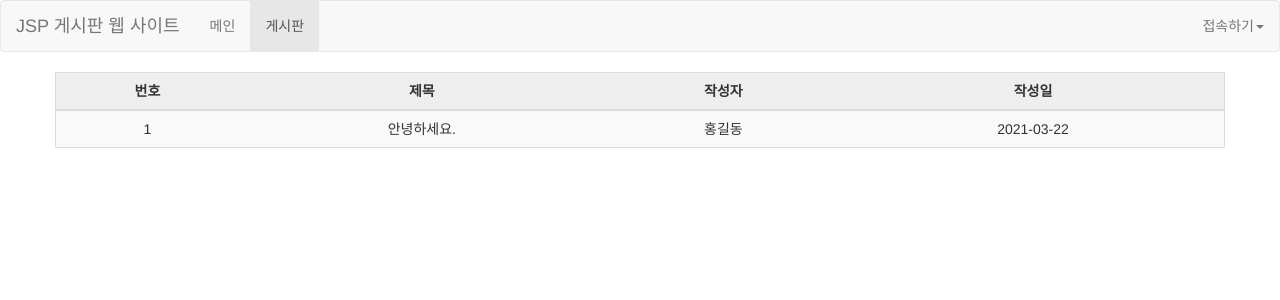
Repository: hseob04/jsp_bbs
Page: http://localhost/BBS/bbs.jsp
An editor plug-in stored every save of this project. The page is shown before and after the next save, followed by the edit.
The browser window is 1280 px wide. The pictures show the whole page.
Some web libraries are served in a nearby version. The page is served by Tomcat 9.

Above is the page before, as saved 2021-03-22 14:28:36.

After the next save:
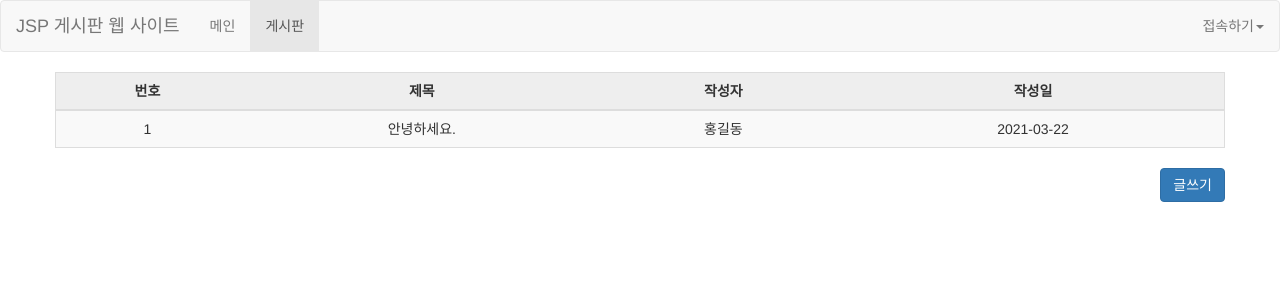
Saved 37 s later.
--- a/JSP/projects/BBS/src/main/webapp/bbs.jsp
+++ b/JSP/projects/BBS/src/main/webapp/bbs.jsp
@@ -93,6 +93,7 @@
 					</tr>
 				</tbody>
 			</table>
+			<a href="write.jsp" class="btn btn-primary pull-right">글쓰기</a>
 		</div>
 	</div>
 	<script src="https://code.jquery.com/jquery-3.1.1.min.js"></script>
